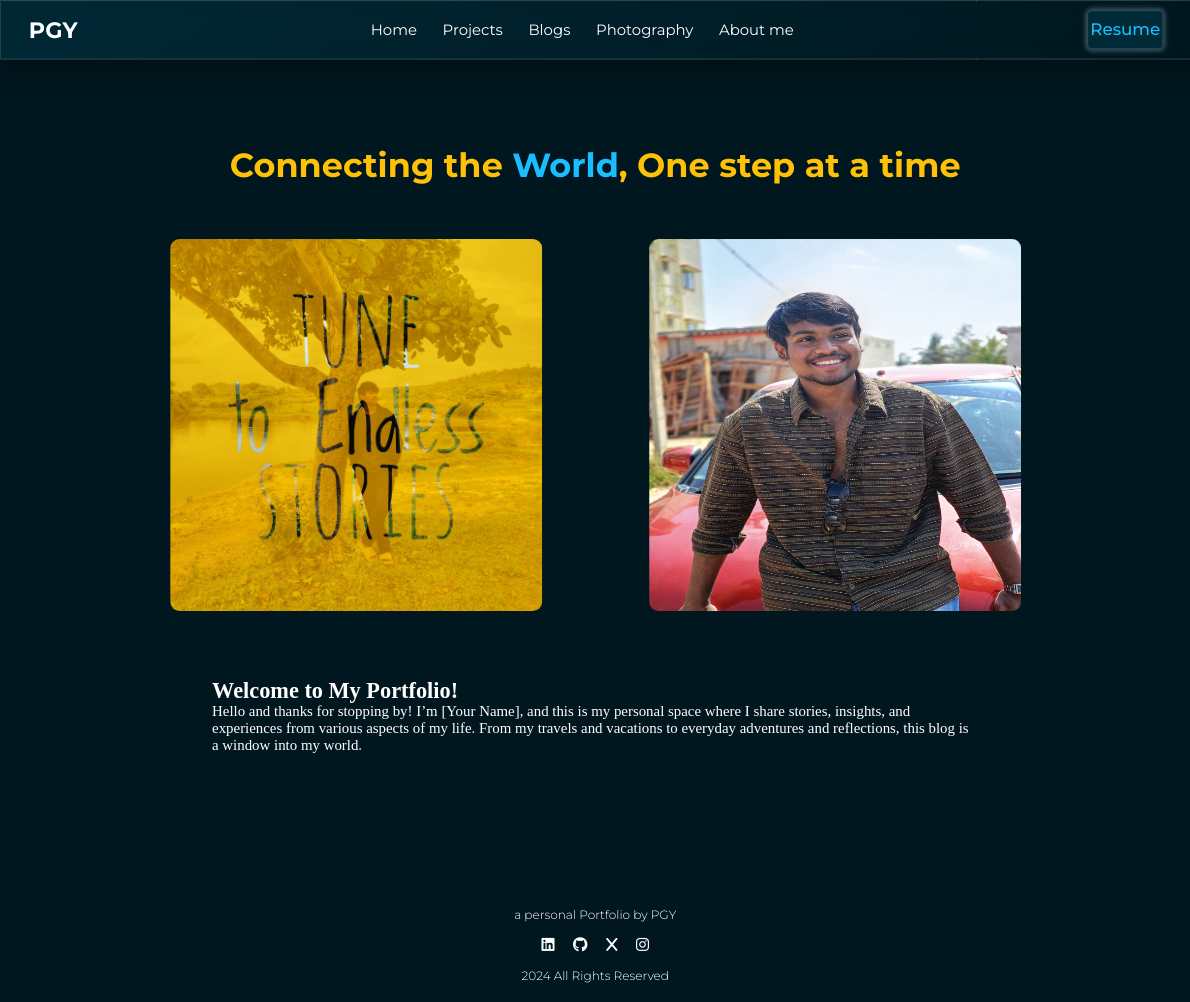
Repository: pgyunknown/pgyunknown
Page: blog.html
The author's editor kept a copy of each file at every save. The page is drawn from the files as they stood at one save, then again after a run of saves.
The browser window is 1280 px wide. The pictures show the whole page, at 93% of full size.
Some web libraries are served in a nearby version.

Above is the page before, as saved 2024-08-14 20:38:09.

After the next 3 saves:
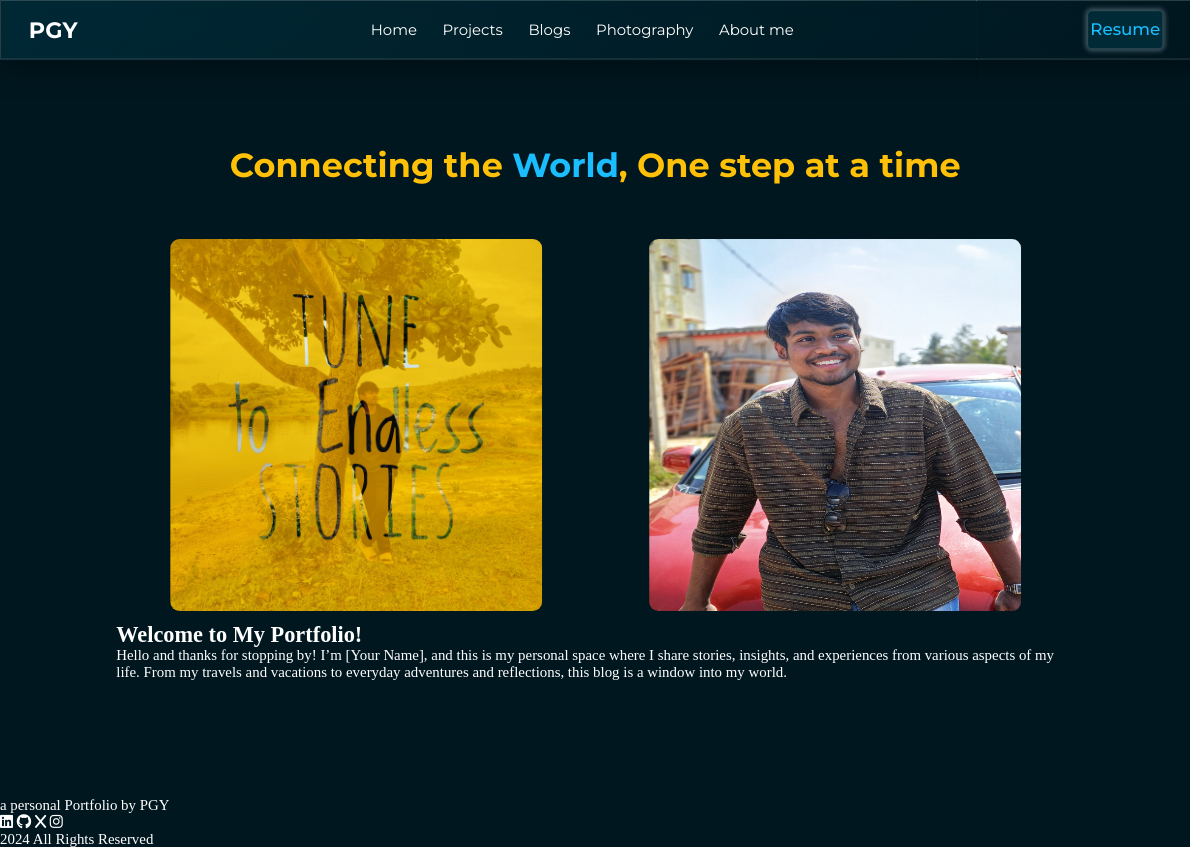
The 3 saves are shown as one change because they came seconds apart.
The last was saved 53 s later.
--- a/blog.css
+++ b/blog.css
@@ -147,6 +147,9 @@ main .heading span{
 
 }
 
+    padding-top:20px;
+}
+
 .blog_intro{
     padding: 40px;
     width: 80%;
@@ -155,8 +158,6 @@ main .heading span{
     justify-content: center;
 }
 main article{
-    padding-top:20px;
-}
 
 footer{
     display: flex;

After the save that followed:
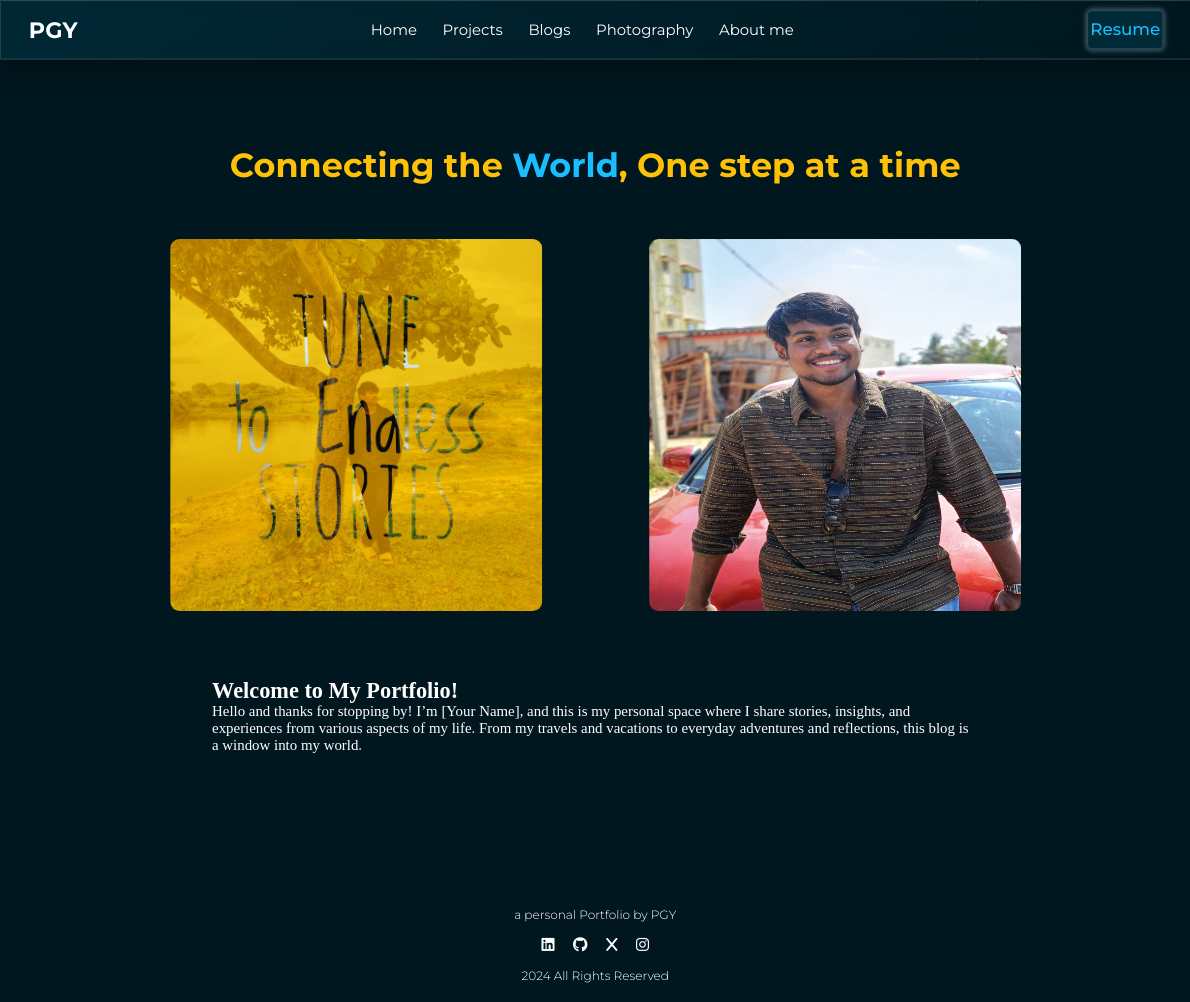
Saved 4 s later.
--- a/blog.css
+++ b/blog.css
@@ -147,9 +147,6 @@ main .heading span{
 
 }
 
-    padding-top:20px;
-}
-
 .blog_intro{
     padding: 40px;
     width: 80%;
@@ -158,6 +155,8 @@ main .heading span{
     justify-content: center;
 }
 main article{
+    padding-top:20px;
+}
 
 footer{
     display: flex;
